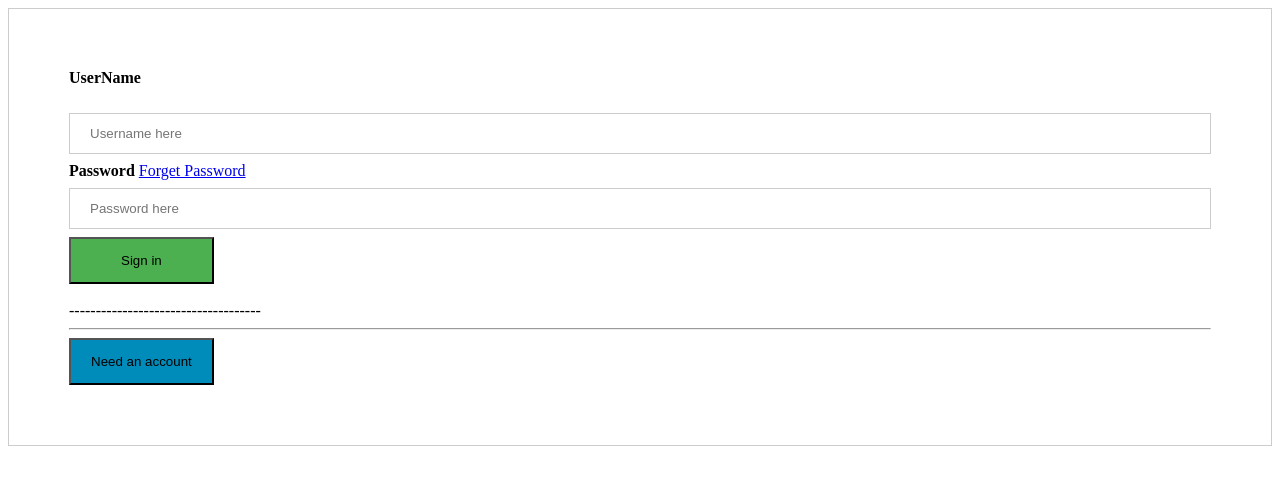
Repository: hamshini/demopro
Page: wippro/Application/WebContent/signin.html
An editor plug-in stored every save of this project. The page is shown before and after the next save, followed by the edit.
The browser window is 1280 px wide. The pictures show the whole page.

Above is the page before, as saved 2018-01-06 06:15:33.

After the next save:
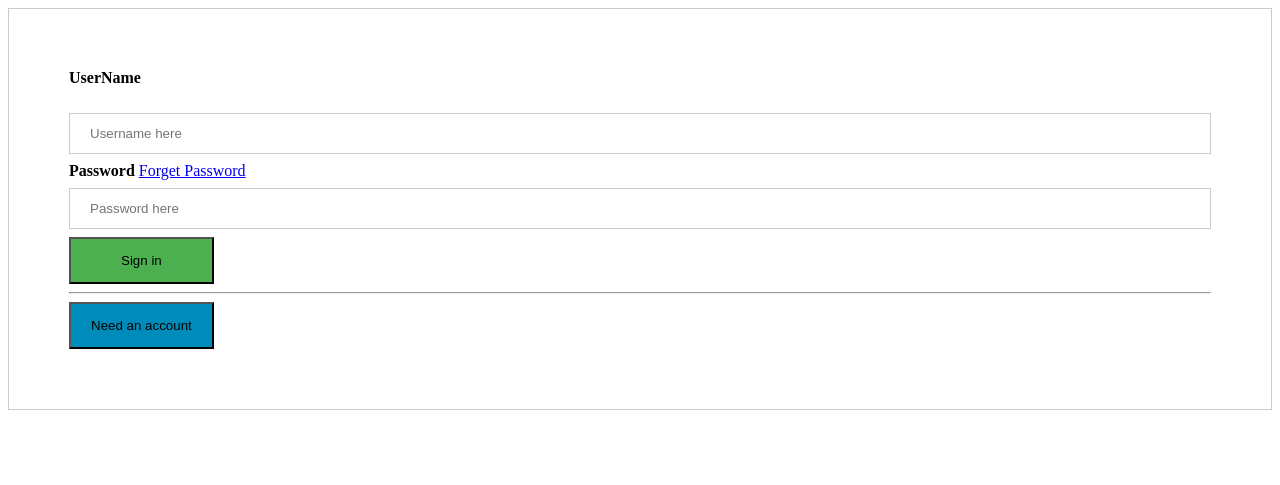
Saved 9 s later.
--- a/wippro/Application/WebContent/signin.html
+++ b/wippro/Application/WebContent/signin.html
@@ -47,7 +47,6 @@ input[type=text], input[type=password] {
 			<button type="button" class="signinbtn">Sign in</button>
 
 		</div>
-		<br>------------------------------------</br>
 		<hr>
 		<div class="clearfix">
 			<button type="button" class="needacc">Need an account</button>
